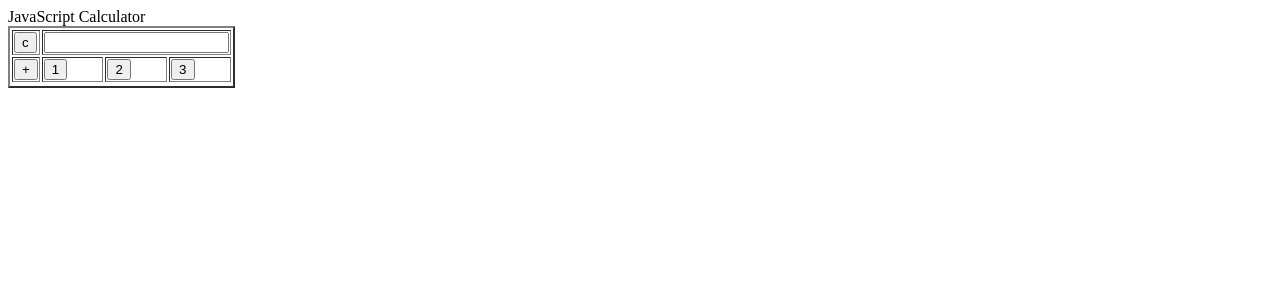
Repository: spidero7/Simple-Calculator
Page: index.html
An editor plug-in stored every save of this project. The page is shown before and after the next save, followed by the edit.
The browser window is 1280 px wide. The pictures show the whole page.

Above is the page before, as saved 2021-09-15 06:54:58.

After the next save:
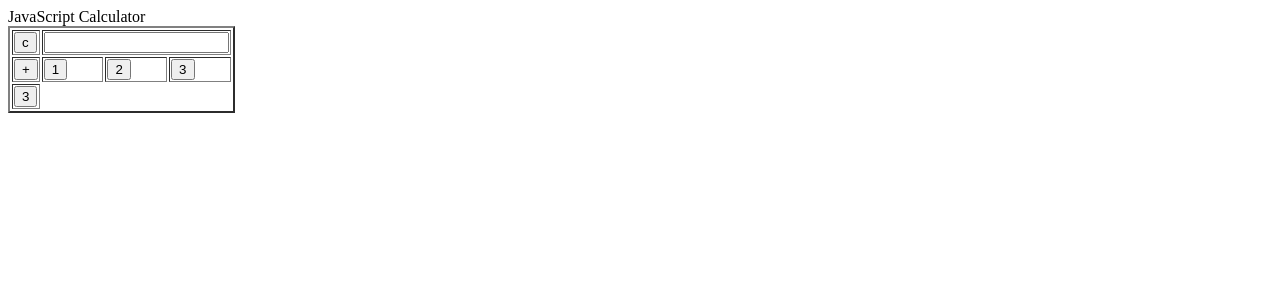
Saved 9 s later.
--- a/index.html
+++ b/index.html
@@ -21,7 +21,7 @@
             <td><input type="button" value="3" onclick="display('3')"/></td>
         </tr>
         <tr>
-
+            <td><input type="button" value="3" onclick="display('3')"/></td>
         </tr>
     </table>
     <script src="app.js"></script>
